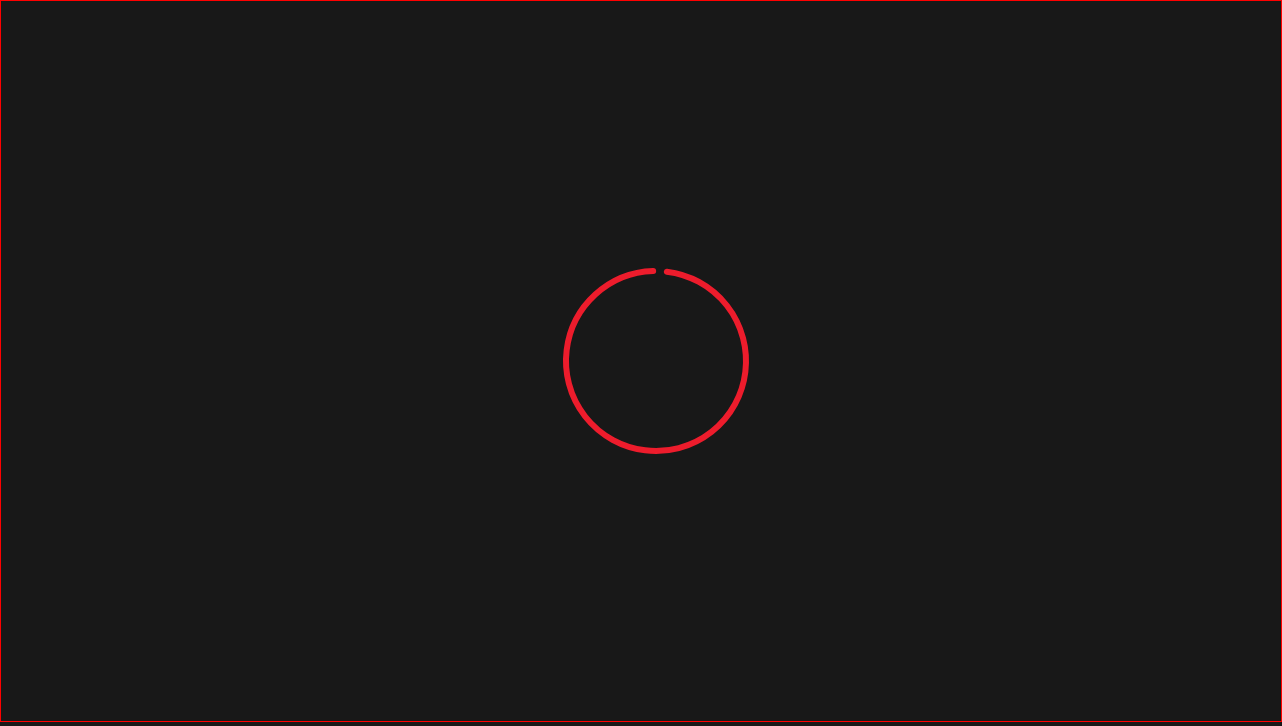
Repository: randy918/chris-canvas-52323
Page: index.html
The author's editor kept a copy of each file at every save. The page is drawn from the files as they stood at one save, then again after a run of saves.
The browser window is 1280 px wide. The page is 1282 px wide, so the pictures cover 1282 px, including what lies to the right of the window. The pictures show the whole page.
The style sheet was rebuilt from its Sass, Less or Tailwind sources for each picture, by a compiler version that may differ from the author's.

Above is the page before, as saved 2023-05-28 16:06:29.

### index.html
<!DOCTYPE html>
<html lang="en">
	<head>
		<meta charset="UTF-8" />
		<meta http-equiv="X-UA-Compatible" content="IE=edge" />
		<meta
			name="viewport"
			content="width=device-width, initial-scale=1.0"
		/>
		<link
			rel="stylesheet"
			href="css/main.css"
			<script
			src="https://ajax.googleapis.com/ajax/libs/jquery/3.6.3/jquery.min.js"
			defer
		/>

		<title>Canvas Resize</title>
	</head>

	<body>
		<canvas></canvas>

		<script src="js/myfunctions.js"></script>
		<script src="js/canvas.js"></script>
	</body>
</html>

<!-- ca1f26ba6eb2ba4fb641257b39d3bea7 -->

### js/myfunctions.js
//todo   function r(min, max)  Random integers, can be just 'max'
//todo   function getTime()--works! it is 72519.1414 format
//todo   function getCompleteDate()
//todo   function getMinute()
//todo   function getHour()
//todo   function getHour00()
//todo   function get24Hour()
//todo   function get24Hour00()
//todo   function getDay()
//todo   function getDay00()
//todo   function getMonth()
//todo   function getMonth00()
//todo   function getYear()
//todo   function getYear00()
//todo   function t()    eternal timestamp long number
//todo   function placeText(myIdClass, text)   unsure if it works?
//todo   function placeText2(myIdClass, text)   unsure if it works?
//todo   function getText(myIdClass)....brings whole line incl. tags
//todo   function getInnerText(myIdClass)
//todo   function getOuterText(myIdClass)
//todo   function addClass(myIdClass, newClass)
//todo   function removeClass(myIdClass, removeClass)
//todo   function changeBackgroundColor(myIdClass, color)
//todo   function changeTypeColor(myIdClass, color)
//todo   function changeTypeSize(myIdClass, size)
//todo   function addCSSText(myIdClass, text)



function r(min, max) {
  // 2.0, accepts single value for 1-x
  if (max === undefined) {
    max = min;
    min = 1;
  }
  const randomNumber = min - 1 + Math.ceil(Math.random() * (max + 1 - min));
  return randomNumber;
}
// may not be a real function
function getTime() {
  var today = new Date();
  var codeMonth = today.getMonth() + 1;
  var codeDay = today.getDate();
  if (codeDay < 10) {
    codeDay = "0" + codeDay;
  }
  var codeMinute = today.getMinutes();
  var codeHour = today.getHours();
  if (codeMinute < 10) {
    codeMinute = "0" + codeMinute;
  }
  if (codeHour < 10) {
    codeHour = "0" + codeHour;
  }
  var codeYear = today.getFullYear() - 2000;
  var dateTime =
    codeMonth + "" + codeDay + "" + codeYear + "." + codeHour + "" + codeMinute;
  // document.getElementById(`timeStamp`).innerHTML = dateTime;
  t = setTimeout(function () {
    getTime();
  }, 30000);
  return dateTime;
}

function getCompleteDate() {
  const today = new Date();
  return today;
}

function getMinute() {
  const today = new Date();
  const codeMinute = today.getMinutes();
  if (codeMinute < 10) {
    codeMinute = "0" + codeMinute;
  }
  return codeMinute;
}

function getMinute00() {
  const today = new Date();
  let codeMinute = today.getMinutes();
  if (codeMinute < 10) {
    codeMinute = "0" + codeMinute;
  }
  return codeMinute;
}

function getHour() {
  const today = new Date();
  let codeHour = today.getHours();
  if (codeHour > 12) {
    codeHour = codeHour - 12;
  }
  return codeHour;
}

function getAmPm() {
  let amPm = "am";
  const today = new Date();
  let codeHour = today.getHours();
  if (codeHour > 12) {
    amPm = "pm";
  }
  return amPm;
}

function getHour00() {
  const today = new Date();
  const codeHour = today.getHours();
  if (codeHour > 12) {
    codeHour = codeHour - 12;
  }
  if (codeHour < 10) {
    codeHour = "0" + codeHour;
  }
  return codeHour;
}

function get24Hour() {
  const today = new Date();
  const codeHour = today.getHours();
  return codeHour;
}

function get24Hour00() {
  const today = new Date();
  const codeHour = today.getHours();
  if (codeHour < 10) {
    codeHour = "0" + codeHour;
  }
  return codeHour;
}

function getDayVerbal() {
  const today = new Date();
  const codeDay = today.getDay() + 1;
  return theDay[codeDay];
}

function getDay00() {
  const today = new Date();
  const codeDay = today.getDate();
  if (codeDay < 10) {
    codeDay = "0" + codeDay;
  }
  return codeDay;
}

function getDay() {
  const today = new Date();
  const codeDay = today.getDate();
  return codeDay;
}

function getMonthVerbal() {
  const today = new Date();
  const codeMonth = today.getMonth() + 1;
  return theMonth[codeMonth];
}

function getMonth00() {
  const today = new Date();
  const codeMonth = today.getMonth() + 1;
  if (codeMonth < 10) {
    codeMonth = "0" + codeMonth;
  }
  return codeMonth;
}

function getMonth() {
  const today = new Date();
  const codeMonth = today.getMonth() + 1;
  return codeMonth;
}

function getYear00() {
  const today = new Date();
  const codeYear = today.getYear() - 100;
  if (codeYear < 10) {
    codeMYear = "0" + codeYear;
  }
  return codeYear;
}

function getYear() {
  const today = new Date();
  const codeYear = today.getYear() + 1900;
  return codeYear;
}

function t() {
  const now = new Date();
  eventTimestamp = now.getTime();
  // c(eventTimestamp);
  return eventTimestamp;
}
//    !  72419.1659 DOM MANIPULATION
//!
//!  placeText   element name, and text to put there--runs loosely?

function placeText(myIdClass, text) {
  const myElement = document.querySelector(myIdClass);
  myElement.innerText = text;
}
//    the function is longer than the original
// $(myIdClass).text(text)   <---works
function placeText2(myIdClass, text) {
  $(myIdClass).text(text);
}
function getText(myIdClass) {
  return document.querySelector(myIdClass);
}

function getInnerText(myIdClass) {
  return document.querySelector(myIdClass).innerHTML;
}

function getOuterText(myIdClass) {
  return document.querySelector(myIdClass).outerHTML;
}

function addClass(myIdClass, newClass) {
  document.querySelector(myIdClass).classList.add(newClass);
}

function removeClass(myIdClass, removeClass) {
  document.querySelector(myIdClass).classList.remove(removeClass);
}
// not sure what this one is for now
function containsClass(myIdClass, containsClass) {
  document.querySelector(myIdClass).classList.contains(containsClass);
}
// above, can switch and toggle  also  mmtuts YOUTUBE 29-31 USING JAVASCRIPT
function changeBackgroundColor(myId, color) {
  document.getElementById(myId).style.background = color;

  // document.querySelector(myIdClass).style.backgroundColor = color;
}

function changeTypeColor(myIdClass, color) {
  document.querySelector(myIdClass).style.color = color;
}

function changeTypeSize(myIdClass, size) {
  document.querySelector(myIdClass).style.fontSize = size;
}

function addCSSText(myIdClass, text) {
  document.querySelector(myIdClass).style.cssText = text;
}

//!  72519.1714    Common Basic VARIABLE ARRAYS
var theDay = new Array(
  "Zero",
  "Sunday",
  "Monday",
  "Tuesday",
  "Wednesday",
  "Thursday",
  "Friday",
  "Saturday"
);
var theDayMin3 = new Array(
  "Zero",
  "Sun.",
  "Mon.",
  "Tues.",
  "Wed.",
  "Thurs.",
  "Fri.",
  "Sat."
);
var theDayMin2 = new Array("Zero", "S", "M", "Tu", "W", "Th", "F", "S");
var theDayMin1 = new Array("Zero", "S", "M", "T", "W", "T", "F", "S");
var theMonth = new Array(
  "Zero",
  "January",
  "February",
  "March",
  "April",
  "May",
  "June",
  "July",
  "August",
  "September",
  "October",
  "November",
  "December"
);
var theMonthMin = new Array(
  "Zero",
  "Jan.",
  "Feb.",
  "Mar.",
  "Apr.",
  "May",
  "June",
  "July",
  "Aug.",
  "Sept.",
  "Oct.",
  "Nov.",
  "Dec."
);

function showDateTimeFormat() {
  const today = new Date();
  const formattedDate = new Intl.DateTimeFormat("en-US").format(today);
  const consoleFunctioningMessage = `
Console functioning: ${getDayVerbal()}, ${getMonthVerbal()} ${getDay()} at ${getHour()}:${getMinute00()}${getAmPm()}
  `;
  return consoleFunctioningMessage;
}
showDateTimeFormat();

console.log(`%c${showDateTimeFormat()}`, "font-size: 20px; color: gray");

//console.log("%cThis is a default font style", "color: blue; font-size: 20px");

### js/canvas.js
//!  INIT

const init = function () {
	main();
};

window.onload = function () {
	init();
};

//!  MAIN================================================================================

const main = function () {
	//!  10123.1609  variables

    //* establish 2d canvas
    const canvas = document.querySelector("canvas");
	canvas.width = window.innerWidth;
    canvas.height = window.innerHeight;
	const c = canvas.getContext("2d");

    //* center of screen X Y
	let centerX = canvas.width / 2;
    let centerY = canvas.height / 2;

    //* dx dy = velocity X Y
    let dx = .05;
    let dy = .05;

	//* default stroke
    const DEFAULTSTROKEWIDTH = 6;
	let defaultStrokeWidth = DEFAULTSTROKEWIDTH;


	//!  10123.1609 LIBRARY============================================================

    const c_Animate = function () {
        c.clearRect(0, 0, innerWidth, innerHeight);
        requestAnimationFrame(c_Animate);
        c_Circle(centerX, centerY, 90);
        c.strokeStyle = "#ed1c2c";
        c.lineWidth = defaultStrokeWidth;
		c.lineCap = "round";
        c
        centerX +=dx;


	};

	const c_Circle = function (
		centerX,
		centerY,
		size,
		defaultHeight
	) {

		c.beginPath();
		c.arc(centerX, centerY, size, -1.45, 1.49 * Math.PI);
		c.stroke();
	};

	const c_Fill = function (color, size) {
		c.fillStyle = color;
	};


	//!  10123.161 0  main body=========================================================

	c_Animate();
};

//!  123122.1839  END

### css/main.scss
$colors: (
    bg: rgba(55, 66, 76, 1),
    theGreen: rgba(0, 173, 43, 1),
    theRed: rgba(194, 47, 51, 1),
    theOrange: rgba(255, 103, 0, 1),
    theRodeoPink: #f1a1a4,
    theRodeoBlue: #7f86b0,
    theYellow: rgb(221, 172, 94),
    theGray: rgb(78, 92, 107),
    theBackground: rgba(241, 227, 214, 1),
    theDarkGray: rgba(43, 50, 56, 1),
    theBrown: rgba(101, 42, 36, 1),
    bitByBitRed: rgba(240, 44, 80, 1),
    bitByBitBlue: rgba(0, 79, 136, 1),
    bitByBitBlonde: rgba(241, 227, 214, 1),
    bbb2-TranquilSea: rgba(188, 199, 203, 1),
    bbb2-RedMyMind: rgba(143, 57, 56, 1),
    bbb2-SnowyPine: rgba(226, 223, 216, 1),
    bbb2-Basswood: rgba(188, 166, 142, 1),
    bbb2-CompassBlue: rgba(51, 66, 87, 1),
    f1: rgba(237, 28, 44, 1),
    f2: rgba(240, 87, 35, 1),
    f3: rgba(242, 203, 21, 1),
    f4: rgba(5, 181, 0, 1),
    f5: rgba(0, 29, 150, 1),
    f6: rgba(50, 50, 50, 1),
    f7: rgba(36, 36, 36, 1),
    f8: rgba(24, 24, 24, 1),
);

@function getColor($color-name) {
    @return map-get($colors, $color-name);
}

* {
    box-sizing: border-box;
    border: none;
}

body {
    color: getColor(bbb2-TranquilSea);
    background: getColor(f8);
    margin: 0;
}

h1 {
}

#inputValue {
    width: 40vw;
    font-size: 2vw;
    outline: none;
}

#search {
    color: beige;
    background-color: getColor(theDarkGray);
    outline: none;
    font-size: 2vw;
}

canvas {
    border: 1px solid red;
}

After the next 5 saves:
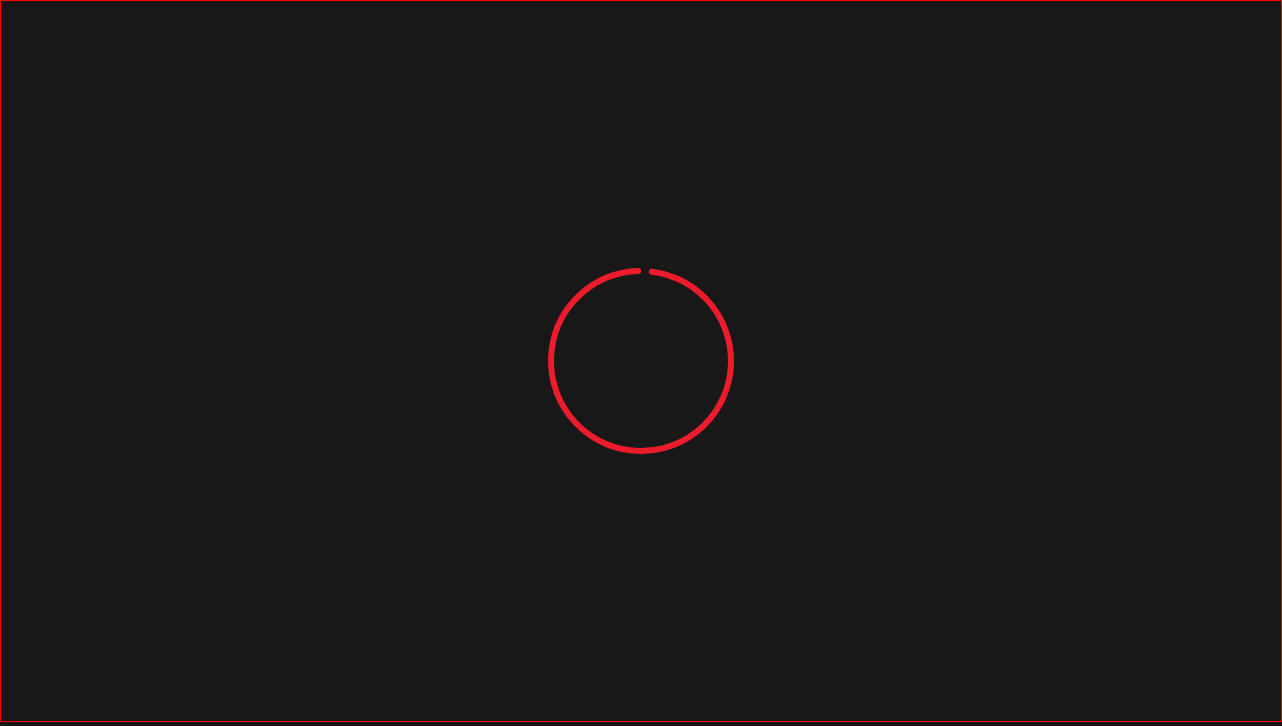
Console error: ReferenceError: c_locatio is not defined
The 5 saves are shown as one change because they came seconds apart.
The last was saved 11 s later.
--- a/js/canvas.js
+++ b/js/canvas.js
@@ -41,7 +41,7 @@
         c.strokeStyle = "#ed1c2c";
         c.lineWidth = defaultStrokeWidth;
 		c.lineCap = "round";
-        c
+        c_locatio
         centerX +=dx;
 
 

After the 2 saves that followed:
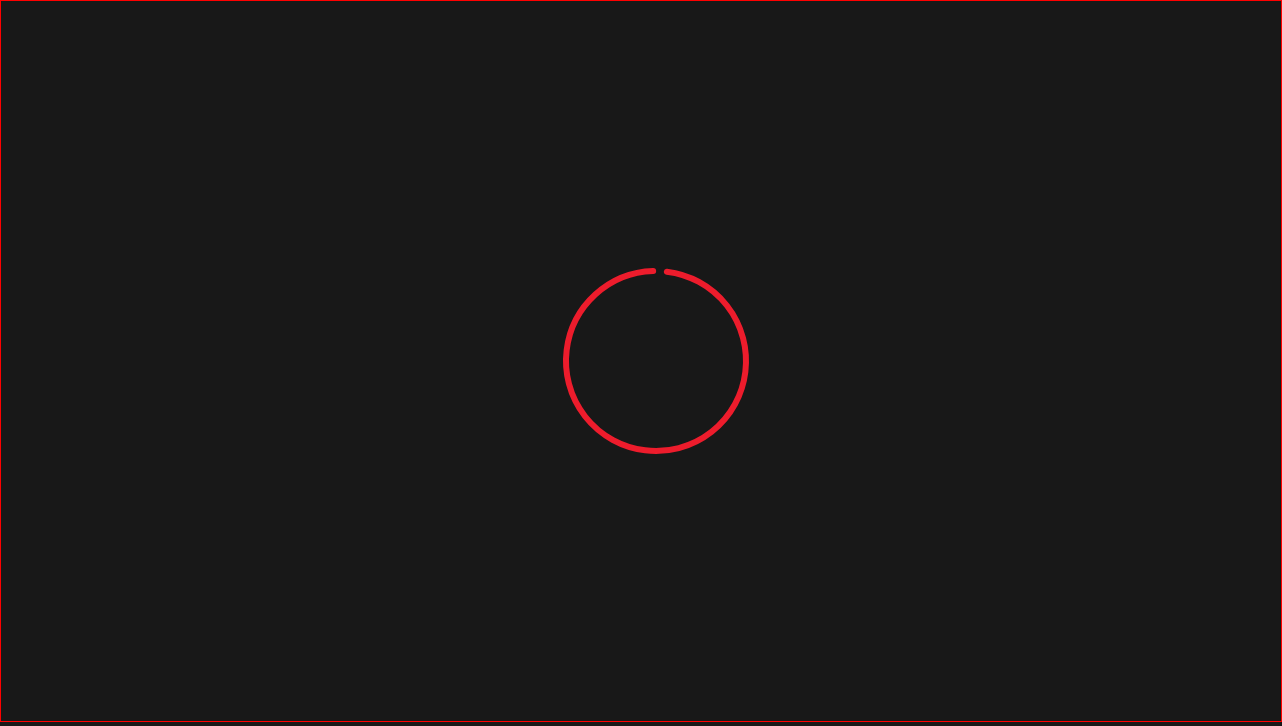
The error is gone.
The 2 saves are shown as one change because they came seconds apart.
The last was saved 29 s later.
--- a/js/canvas.js
+++ b/js/canvas.js
@@ -41,7 +41,7 @@
         c.strokeStyle = "#ed1c2c";
         c.lineWidth = defaultStrokeWidth;
 		c.lineCap = "round";
-        c_locatio
+
         centerX +=dx;
 
 
